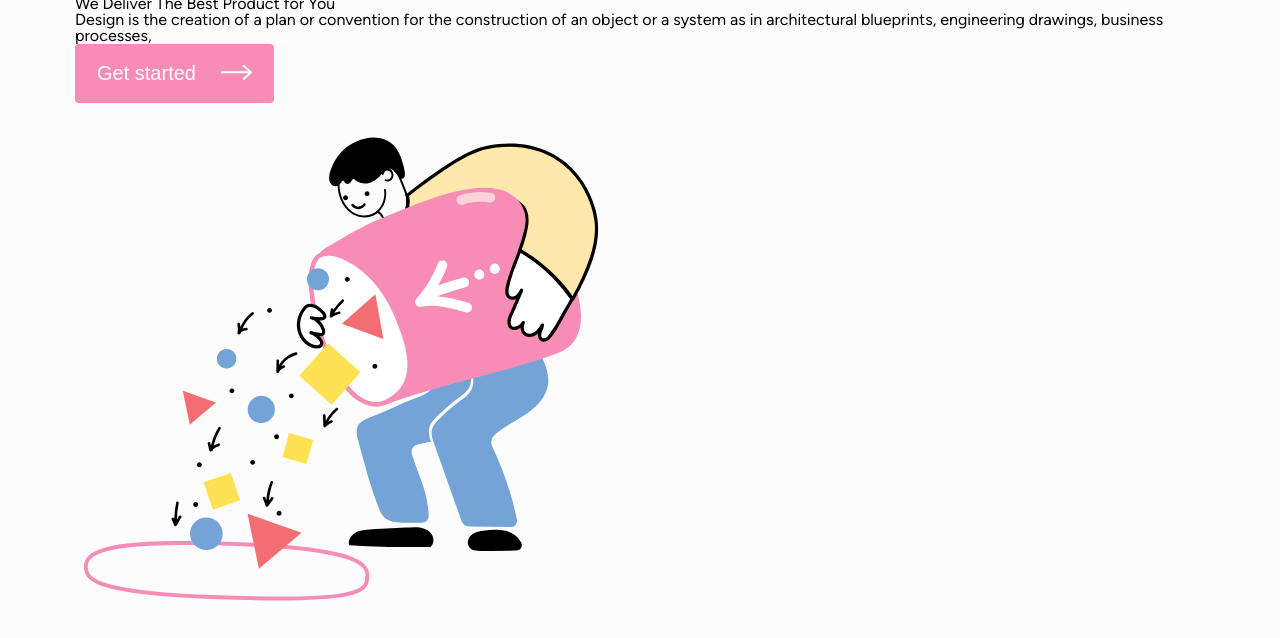
Repository: ArusyakAghajanyan/MirageFigma
Page: Figma/index.html
The author's editor kept a copy of each file at every save. The page is drawn from the files as they stood at one save, then again after a run of saves.
The browser window is 1280 px wide. The pictures show the part of the page from y = 1421 to 2059 px (the page is 2059 px tall).
A picture or video elsewhere on the page could not be fetched, so the positions and the page height are approximate.

Above is the page before, as saved 2022-08-21 21:53:29.

After the next 2 saves:
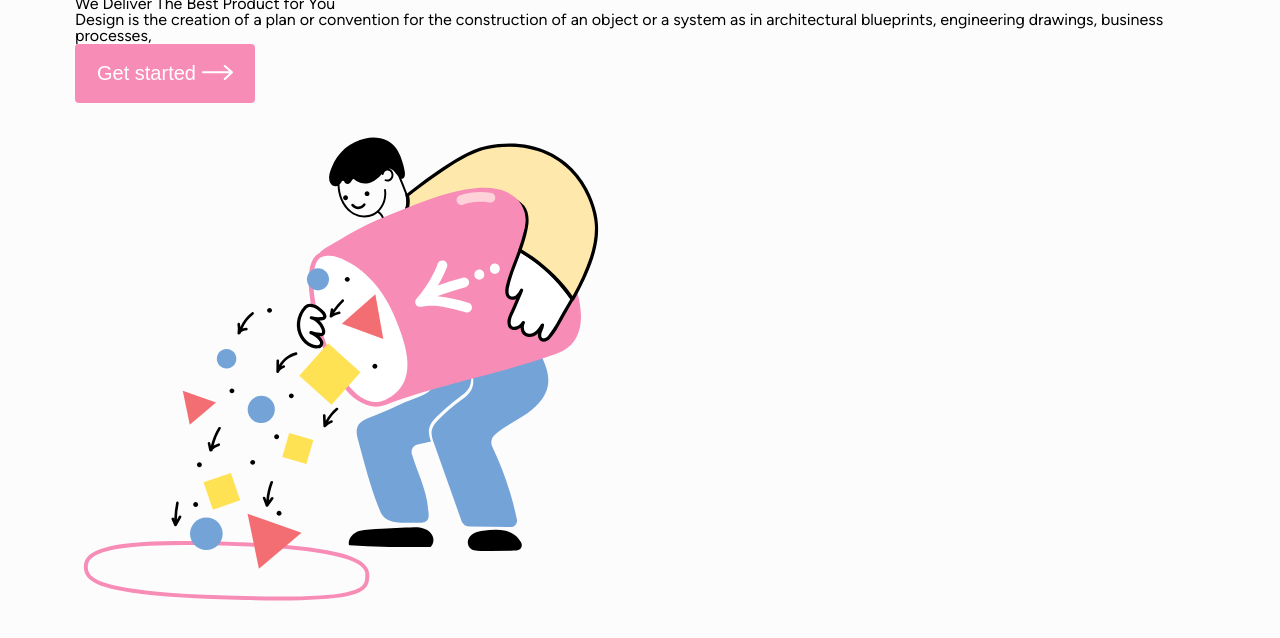
The 2 saves are shown as one change because they came seconds apart.
The last was saved 10 s later.
--- a/Figma/index.html
+++ b/Figma/index.html
@@ -152,9 +152,9 @@
                 blueprints, engineering drawings, business processes,
               </p>
               <button class="design__button base-button base-button--primary">
-                <span class="intro__button-text">Get started</span>
+                <span class="design__button-text">Get started</span>
                 <img
-                  class="intro__button-icon"
+                  class="design__button-icon"
                   src="./assets/icons/Group 1.svg"
                   alt="arrow"
                 />
